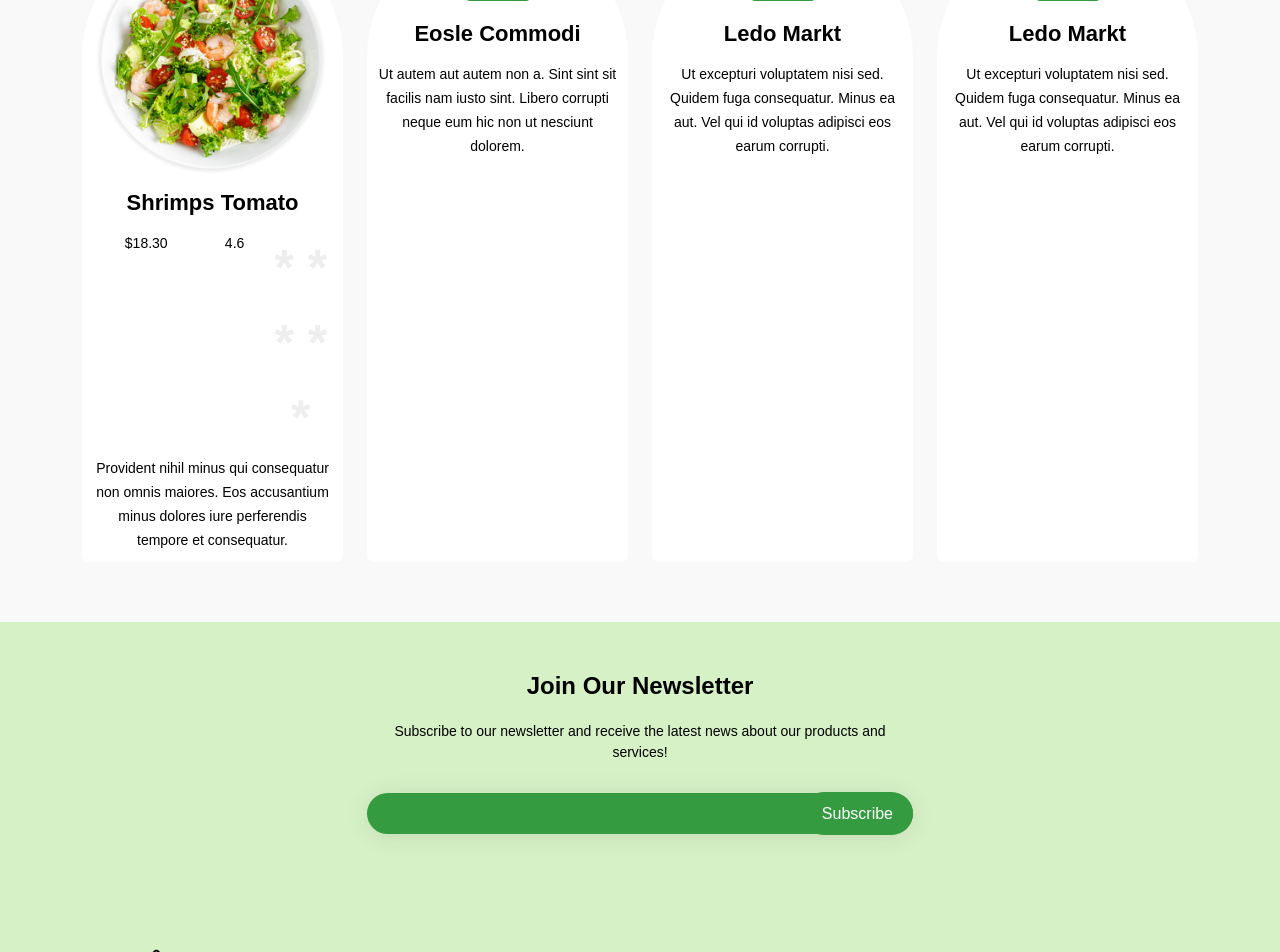
Repository: junivig/volt-new-project
Page: index.html
The author's editor kept a copy of each file at every save. The page is drawn from the files as they stood at one save, then again after the next save.
The browser window is 1280 px wide. The pictures show the part of the page from y = 2117 to 3069 px (the page is 3327 px tall before and 3177 px after).

Above is the page before, as saved 2025-01-30 12:31:45.

After the next save:
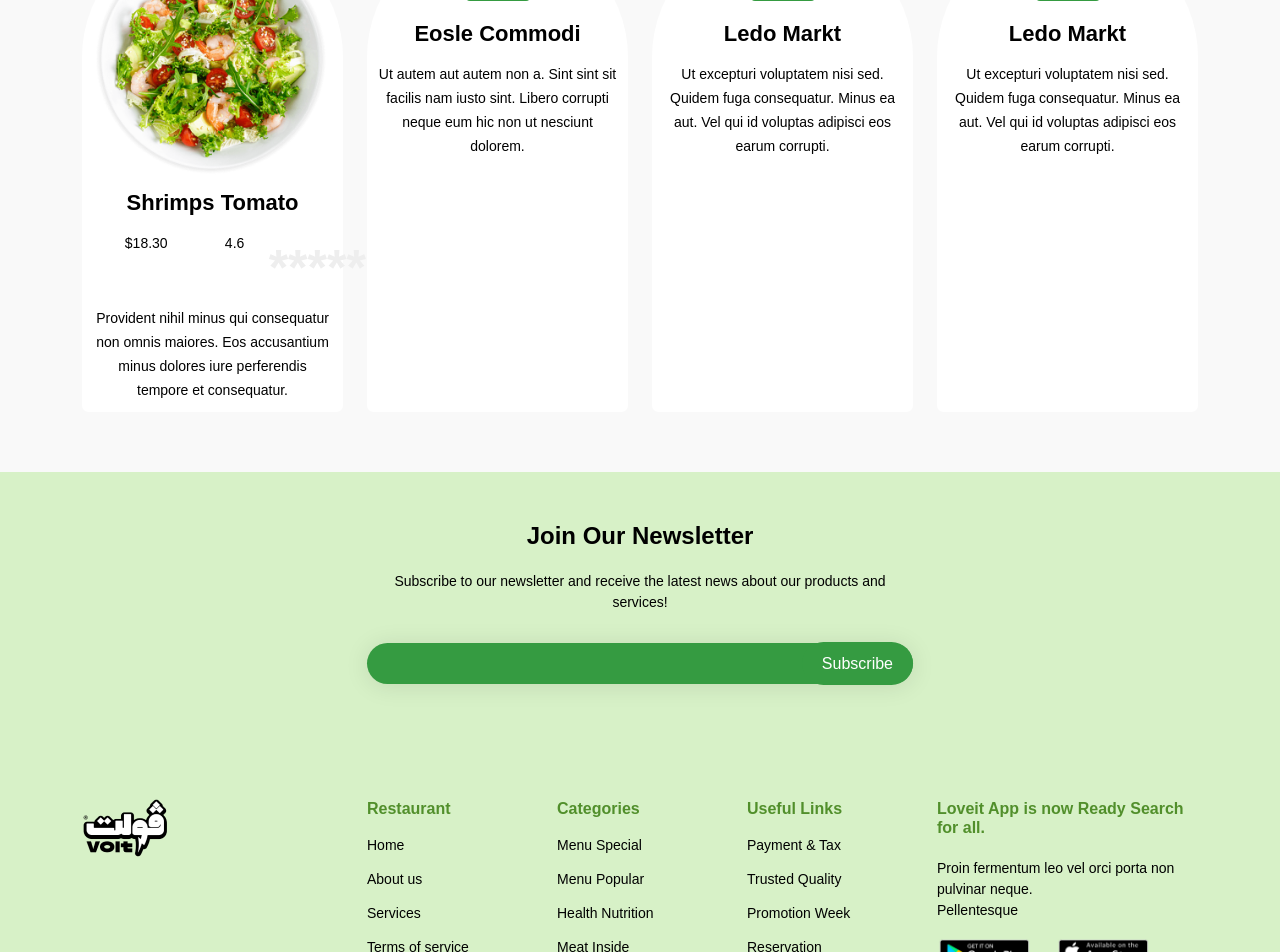
Saved 40 s later.
--- a/index.html
+++ b/index.html
@@ -342,7 +342,7 @@
                       <p>4.6</p>
                     </div>
                     <div class="col-4">
-                      <span class="star">* * * * *</span>
+                      <span class="star">*****</span>
                     </div>
                   </div>
                   <p>Provident nihil minus qui consequatur non omnis maiores. Eos accusantium minus dolores iure perferendis tempore et consequatur.</p>
